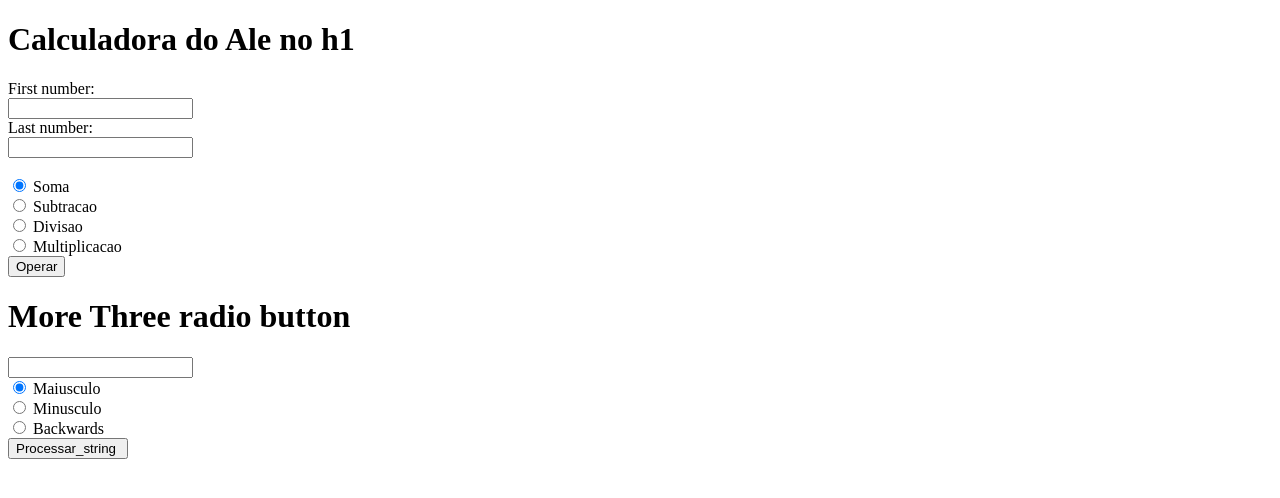
Repository: Alexandre-engelmann/git_lucas_mentory
Page: http://localhost/Calculadora/
These files come from the project's save history. The page is drawn as it stood at one moment and after the next save; the edit follows.
The browser window is 1280 px wide. The pictures show the whole page.
The page is served by Tomcat 9.

Above is the page before, as saved 2019-12-20 14:10:34.

After the next save:
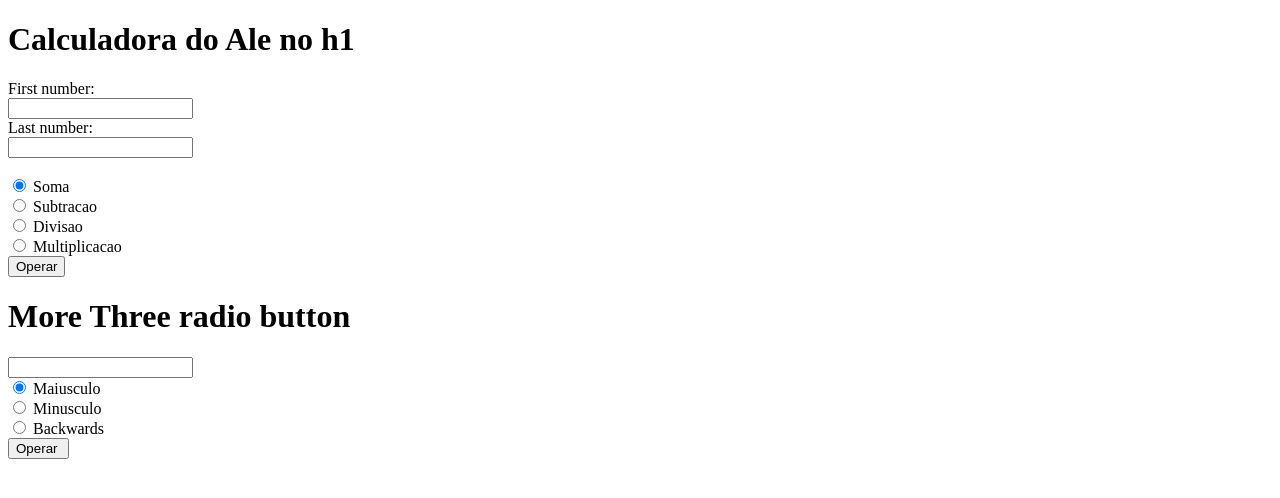
Saved 3 min 8 s later.
--- a/Calculadora/WebContent/index.jsp
+++ b/Calculadora/WebContent/index.jsp
@@ -31,7 +31,7 @@
 <input type="radio" name="st_front" value="String_operation" checked> Maiusculo<br>
 <input type="radio" name="st_front" value="String_operation"> Minusculo<br>
 <input type="radio" name="st_front" value="String_operation"> Backwards<br>
-<input type="submit" value="Processar_string ">
+<input type="submit" value="Operar ">
 </form>
 
 
